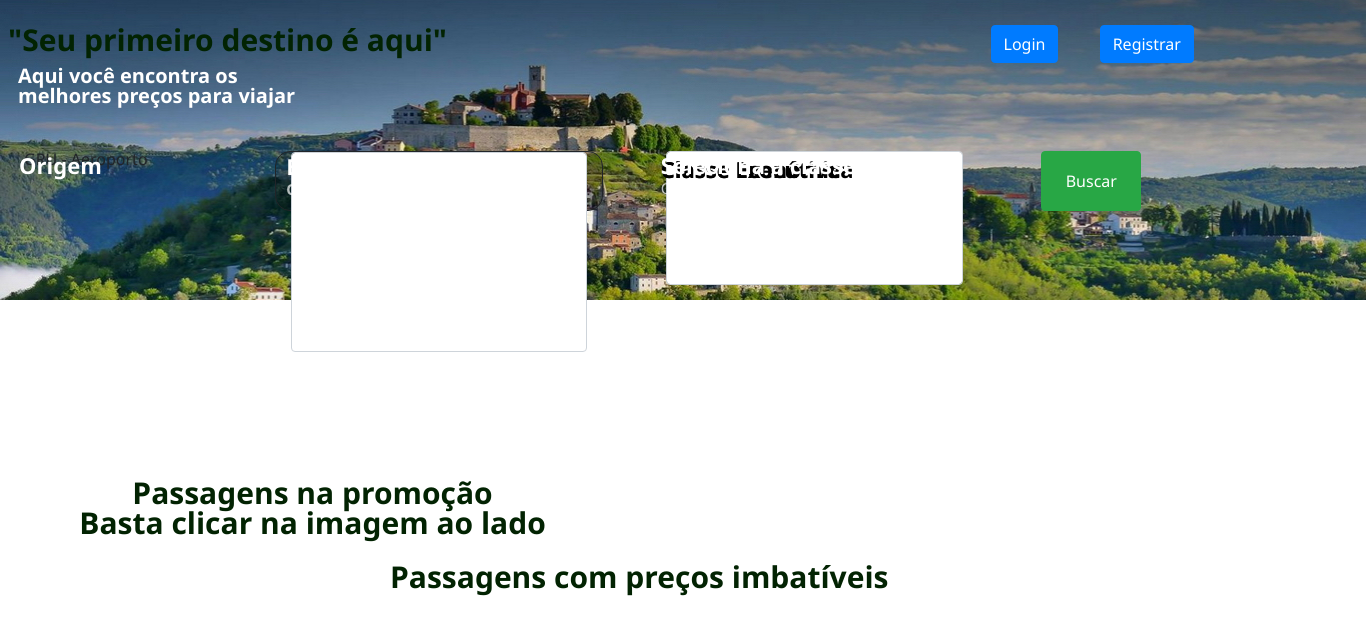
Repository: VictorFlay/Aplicacao-WEB
Page: http://localhost/ProjetoWeb/
An editor plug-in stored every save of this project. The page is shown before and after the next save, followed by the edit.
The browser window is 1280 px wide. The page is 1366 px wide, so the pictures cover 1366 px, including what lies to the right of the window. The pictures show the whole page.
Some web libraries are served in a nearby version. The page is served by Tomcat 9. Other server files are loaded and not shown. Queries for data that is not in the repository find no rows.

Above is the page before, as saved 2021-07-17 00:51:44.

### ProjetoWeb/WebContent/index.jsp
<%@page import="model.Usuario"%>
<%@page import="model.Localizacao"%>
<%@page import="model.Passagem"%>
<%@page import="model.LinhaAerea"%>
<%@page import="model.LinhaAerea"%>

<html lang="pt">
<head>

<!-- CSS -->
<link rel="stylesheet" type="text/css" href="css/design.css">

<!-- JQUEY e AJAX -->
<script src="https://cdnjs.cloudflare.com/ajax/libs/popper.js/1.12.9/umd/popper.min.js"></script>
<script src="https://code.jquery.com/jquery-3.2.1.slim.min.js"></script>
<script src="https://code.jquery.com/jquery-3.3.1.min.js"></script>

<!-- Bootstrap CSS -->
<script src="https://maxcdn.bootstrapcdn.com/bootstrap/4.0.0/js/bootstrap.min.js"></script>
<meta name="viewport" content="width=device-width, initial-scale=1, shrink-to-fit=no">
<link rel="stylesheet" href="https://maxcdn.bootstrapcdn.com/bootstrap/4.0.0/css/bootstrap.min.css">

<title>Agência</title>
<%
	String carousel = new Passagem().CarouselPromocao();
	String carouselcards = new Passagem().CarouselCards();
	String nome = (String) session.getAttribute("nome");
	String localizacao = new Localizacao().localizacoes();
	String nivelusuario = (String) session.getAttribute("nivelusuario");
	int converte = new Usuario().convert(nivelusuario);
%>
</head>
<body>

	<div class="container-fluid px-0">

		<!-- Imagem de fundo -->
		<div class="row">
			<div class="col-12 col-lg-12 center">
				<img src="img/menu.jpg" class="img-responsive"
					alt="Responsive image" id="imagem">
			</div>
		</div>

		<div class="row">
			<div class="col-8 col-lg-9 justify-content-between mt-4 ml-2"
				id="mensagem">"Seu primeiro destino é aqui"</div>

			<!-- Apenas o contéudo que o vistante tem acesso -->
			<%
				if (converte == 0) {
			%>
			<div class="col-1 col-lg-1 mt-4">
				<button type="button" class="btn btn-primary" data-toggle="modal"
					data-target="#login" data-whatever="@mdo">Login</button>
				<div class="modal fade" id="login" tabindex="-1" role="dialog"
					aria-labelledby="exampleModalLabel" aria-hidden="true">
					<div class="modal-dialog" role="document">
						<div class="modal-content">
							<div class="modal-header">
								<h5 class="modal-title" id="exampleModalLabel">Login</h5>
								<button type="button" class="close" data-dismiss="modal"
									aria-label="Close">
									<span aria-hidden="true">&times;</span>
								</button>
							</div>
							<div class="modal-body">
								<form method="POST" id="login-form">
									<div class="form-group">

										<!-- Exibe uma mensagem de erro na hora de logar  -->
										<div class="alert alert-danger center" role="alert"
											id="errologin"></div>
										<label for="login" class="col-form-label">Login:</label> <input
											type="text" class="form-control" id="username"
											name="username">
									</div>

									<div class="form-group">
										<label for="senha" class="col-form-label">Senha:</label> <input
											type="password" class="form-control" id="senha" name="senha">
									</div>

									<div class="modal-footer">
										<button type="button" class="btn btn-secondary"
											data-dismiss="modal">Fechar</button>
										<button type="submit" class="btn btn-primary">Entrar</button>
									</div>
								</form>
							</div>
						</div>
					</div>
				</div>
			</div>

			<!-- Registrar no sistema -->
			<div class="col-1 col-lg-1 mt-4">
				<button type="button" class="btn btn-primary" data-toggle="modal"
					data-target="#registrar" data-whatever="@mdo">Registrar</button>

				<div class="modal fade" id="registrar" tabindex="-1" role="dialog"
					aria-labelledby="exampleModalLabel" aria-hidden="true">
					<div class="modal-dialog" role="document">
						<div class="modal-content">
							<div class="modal-header">
								<h5 class="modal-title" id="exampleModalLabel">Registrar</h5>
								<button type="button" class="close" data-dismiss="modal"
									aria-label="Close">
									<span aria-hidden="true">&times;</span>
								</button>
							</div>
							<div class="modal-body">
								<form method="POST" id="register-form">
									<div class="alert alert-danger center" role="alert" id="erro">
										Nome ou Login já cadastrado!</div>
									<div class="form-group">
										<label for="nome" class="col-form-label">Nome
											Completo:</label> <input type="text" class="form-control" id="nome" name="nome" placeholder="Nome completo">
									</div>

									<div class="form-group">
										<label for="login" class="col-form-label">Login:</label>
										<input type="text" class="form-control" id="cxlogin" name="cxlogin" placeholder="Login">
									</div>

									<div class="form-group">
										<label for="senha" class="col-form-label">Senha:</label> <input
											type="password" class="form-control" id="cxsenha" name="cxsenha" placeholder="Senha">
									</div>

									<div class="form-row">
										<div class="form-group col-md-6">
											<label for="telefone" class="col-form-label">Telefone:</label>
											<input type="text" class="form-control" id="telefone" placeholder="Digite seu telefone..." name="telefone">
										</div>

										<div class="form-group col-md-3 ml-4">
											<label for="estado" class="col-form-label">Estado</label> <select
												id="estado" class="form-control">
												<option value="AC" selected>AC</option>
												<option value="AL">AL</option>
												<option value="AP">AP</option>
												<option value="AM">AM</option>
												<option value="BA">BA</option>
												<option value="CE">CE</option>
												<option value="ES">ES</option>
												<option value="GO">GO</option>
												<option value="MA">MA</option>
												<option value="MT">MT</option>
												<option value="MS">MS</option>
												<option value="MG">MG</option>
												<option value="PA">PA</option>
												<option value="PB">PB</option>
												<option value="PR">PR</option>
												<option value="PE">PE</option>
												<option value="PI">PI</option>
												<option value="RJ">RJ</option>
												<option value="RN">RN</option>
												<option value="RS">RS</option>
												<option value="RO">RO</option>
												<option value="RR">RR</option>
												<option value="SC">SC</option>
												<option value="SP">SP</option>
												<option value="SE">SE</option>
												<option value="TO">TO</option>
												<option value="DF">DF</option>
											</select>
										</div>
									</div>

									<div class="modal-footer">
										<button type="button" class="btn btn-secondary"
											data-dismiss="modal">Fechar</button>
										<button type="submit" class="btn btn-primary">Entrar</button>
									</div>
								</form>
							</div>
						</div>
					</div>
				</div>
			</div>

			<!-- Nível Usuário -->
			<% }else if (converte == 1) { %>

			<!-- Menu do usuário -->
			<div class="col-1 col-lg-1 mt-4 ml-4">
				<div class="dropdown">
					<a class="btn btn-secondary dropdown-toggle" href="#" role="button"
						id="dropdownMenuLink" data-toggle="dropdown" aria-haspopup="true"
						aria-expanded="false"> Perfil </a>
					<div class="dropdown-menu" aria-labelledby="dropdownMenuLink">
						<a class="dropdown-item" href="historico.jsp">Histórico</a>
					</div>

				</div>
			</div>

			<!-- Deslogar -->
			<div class="col-1 col-lg-1 mt-4 ml-4">
				<a href="deslogar.jsp?pag=1">
					<button type="button" class="btn btn-primary">Deslogar</button>
				</a>
			</div>
		</div>

		<!-- Nível ADM -->
		<% } else { %>

		<!-- Menu do administrador -->
		<div class="col-1 col-lg-1 mt-4 ml-2">
			<div class="dropdown">
				<a class="btn btn-secondary dropdown-toggle" href="#" role="button"
					id="dropdownMenuLink" data-toggle="dropdown" aria-haspopup="true"
					aria-expanded="false"> ADM </a>

				<div class="dropdown-menu" aria-labelledby="dropdownMenuLink">
					<a class="dropdown-item" href="adicionarlocalizacao.jsp">Localização</a>
					<a class="dropdown-item" href="adicionarpassagem.jsp">Passagem</a>
					<a class="dropdown-item" href="adicionarlinha.jsp">Companhia Aérea</a>
					<a class="dropdown-item" href="usuariomenu.jsp">Usuário</a>
				</div>
			</div>
		</div>

		<!-- Deslogar do sistema -->
		<div class="col-1 col-lg-1 mt-4 ml-4">
			<a href="deslogar.jsp?pag=1">
				<button type="button" class="btn btn-primary">Deslogar</button>
			</a>
		</div>

	<%}%>

	</div>

	<div class="row">
		<div class="col-12 col-lg-3 ml-2" id="mensagem2">
			Aqui você encontra os melhores preços para viajar
		</div>
	</div>

	<form method="POST" id="buscar-form">
		<div class="row mt-4">
			<div class="col-2 col-lg-2 aeroporto mt-4 ml-4">
				<div class="jss30">
					<p>Origem</p>
				</div>
				<div class="jss35">GRU - Aeroporto</div>
			</div>

			<div class="col-3 col-lg-3 buscarlocalizacao mt-4 ml-5">
				<%
					out.print(localizacao);
				%>
				<div class="jss30">
					<p>Buscar Localização</p>
				</div>
				<div class="jss31">Qual país você deseja viajar ?</div>
			</div>

			<div class="col-3 col-lg-3 classe mt-4 ml-5">
				<select multiple class="form-control buscarclasse">
					<option value="1" class="jss32">Classe Econômica</option>
					<option value="2" class="jss32">Classe Executiva</option>
				</select>

				<div class="jss30">
					<p>Seleciona a classe</p>
				</div>
				<div class="jss33">
					Qual classe você deseja viajar ?
				</div>

			</div>

			<div class="col-1 col-lg-1 mt-4 ml-5">
				<button type="submit" class="btn btn-success buscarlinha">Buscar</button>
			</div>

		</div>
	</form>

	<!-- Mensagem de erro na tela na hora de efetuar uma busca -->
	<div class="row justify-content-center mt-5" id="errobuscalinha">
		<div class="col-3 text-center" id="errobusca"></div>
	</div>


	<div class="row mt-5">
		<div class="col-6 col-lg-6 jss37 mt-5" id="titulo">
			<div class="row justify-content-center mt-5" id="mensagem">
				Passagens na promoção
			</div>

			<div class="row justify-content-center" id="mensagem">Basta
				clicar na imagem ao lado
			</div>
		</div>

		<div class="col-6 col-lg-5 mt-5">
			<%
				out.print(carousel);
			%>
		</div>

	</div>

	<div class="row">
		<div class="col-12 col-lg-12 ">
			<div class="mx-auto msg mt-4" style="width: 500px;">Passagens
				com preços imbatíveis</div>
		</div>
	</div>


	<div class="row mt-4">
		<div class="col-sm-12">
			<% out.print(carouselcards); %>
		</div>
	</div>

	<script type="text/javascript" src="js/script.js"></script>

</body>
</html>

### ProjetoWeb/WebContent/css/design.css
.form-group {
    margin-right: -10px;
}

#barra{
    width: 200px;
    height: 50px;
    border: 1px solid;
    border-radius: 15px;
    position: absolute;
    z-index: 0;
    background-color: white;
    opacity: 0.19;
    font-weight: bold;
    top: 0px;
}

#errologin{
	display:none;
}

.buscarloca{
	width: 300px;
    height: 200px;
    border: 1px solid;
    border-radius: 15px;
    z-index: 0;
    background-color: white;
    font-weight: bold;
    top: 0px;
    visibility: visible;
}



#erro{
	display:none;
	}


#origem{
    width: 200px;
    height: 50px;
    border: 1px solid;
    border-radius: 15px;
    z-index: 0;
    background-color: white;
    background: rgba(0, 0, 0, 0.19);
    font-weight: bold;
    top: 0px;

}

.buscarlocalizacao{
    width: 300px;
    height: 60px;
    border: 1px solid;
    border-radius: 15px;
    z-index: 0;
    background-color: white;
    background: rgba(0, 0, 0, 0.19);
    font-weight: bold;
    top: 0px;


}

#classe{
    width: 300px;
    height: 60px;
    border: 1px solid;
    border-radius: 15px;
    z-index: 0;
    background-color: white;
    background: rgba(0, 0, 0, 0.19);
    font-weight: bold;
    top: 0px;

}

.buscarlinha{
	width: 100px;
    height: 60px;
    border: 1px solid;
    border-radius: 15px;
    z-index: 0;
    background-color: white;
    background: rgba(0, 0, 0, 0.19);
    font-weight: bold;
    top: 0px;
}


#destino{
    width: 200px;
    height: 50px;
    border: 1px solid;
    border-radius: 15px;
    z-index: 0;
    background-color: white;
    background: rgba(0, 0, 0, 0.19);
    font-weight: bold;
    top: 0px;

}

#calendario{
    width: 200px;
    height: 50px;
    border: 1px solid;
    border-radius: 15px;
    z-index: 0;
    background-color: white;
    background: rgba(0, 0, 0, 0.19);
    font-weight: bold;
    top: 0px;

}

#iconecalendario{
    top: 12px;
    position: absolute;
}

#passageiro{
    width: 250px;
    height: 50px;
    border: 1px solid;
    border-radius: 15px;
    z-index: 0;
    background-color: white;
    background: rgba(0, 0, 0, 0.19);
    font-weight: bold;
    top: 0px;
}

#mensagem{
    color: rgb(2, 35, 2);
    z-index: 3;
    font-weight: bold;
    font-size: 30px;
    white-space: nowrap;
}

#mensagem2{
    color: white;

    z-index: 3;
    font-weight: bold;
    font-size: 20px;
    left: 10px;
    top: 3px;
    display: block;
    opacity: 1;
}

#radios{
    color: white;
    font-size: 17px;
    font-weight: bold;
    white-space: nowrap;
}

#radio1{
    width: 20px;
    height: 20px;
    color: green;
}


#corpo{
    position: absolute;
    top: 325px;
}

#corpo2{
	position: relative;
	top: 580px;

}


#barrapassageiro2{
    width: 300px;
    height: 350px;
    left: 695px;
    border: 1px solid;
    border-radius: 15px;
    position: absolute;
    z-index: 0;
    background-color: white;
    top: 0px;
    font-weight: bold;
}

.quartabarra{
    cursor: pointer;
}



.barrapassageiroescondido{
    z-index: 3;
    user-select:none;
    top: 0px;
}

#perfil{

    top: 3px;
    position: absolute;
}

#txt{
    position: absolute;
    z-index: 1;
}


#aviao{
    left: 190px;
    top:5px;
    position: absolute;
    z-index: 1;
}



.origem{
    width: 500px;
    height: 50px;
    border: 1px solid;
    border-radius: 10px;
    position: absolute;
    z-index: 3;
    background-color: white;
    visibility: hidden;
    top: 0px;
}

.buscar{
    width: 120px;
    height: 50px;
    left: 975px;

    border-color: grey;
    border-radius: 10px;
    position: absolute;
    z-index: 3;
    background-color: #30503A;
    top: 0px;
}

.buscarvoo{
    color: white;
    position: absolute;

    z-index: 1;
    font-weight: bold;
    font-size: 15px;
    left: 20px;
    top: 16px;
}

* {
    margin: 0;
    padding: 0;
    border: 0;
    outline: none;
    list-style: none;
    text-decoration: none;
    font-family: segoe ui, helvetica neue, helvetica, arial, sans-serif;
    line-height: 1;
  }

  body {
    font-size: 16px;
  }




.jss1{
    color: white;
    position: absolute;
    z-index: 3;
    font-weight: bold;
    font-size: 20px;
    left: 10px;
    top: 3px;
    display: block;
    opacity: 1;
}

.jss2{
    color: white;
    position: absolute;
    z-index: 1000;
    font-size: 13px;
    left: 10px;
    top: 30px;
    opacity: 0.70;
    white-space: nowrap;
}

.jss3{
    color: white;
    position: absolute;
    z-index: 1;
    font-weight: bold;
    font-size: 20px;
    top: 3px;
}

.jss4{
    color: white;
    position: absolute;
    z-index: 1;
    font-size: 13px;
    top: 30px;
    opacity: 0.70;
}

.jss5{
    color: white;
    position: absolute;
    z-index: 1;
    font-size: 13px;
    left: 60px;
    top: 18px;
    opacity: 0.70;
}

.jss6{
    color: white;
    position: absolute;
    z-index: 1;
    font-size: 13px;
    left: 60px;
    top: 18px;
    opacity: 0.70;
}

.jss7{
    color: black;
    position: absolute;
    z-index: 1;
    font-size: 13px;
    left: 740px;
    top: 18px;

}

hr.jss8{
    border-top: 1px solid grey;
    position: absolute;
    z-index: 1;
    width: 240px;
    top: 31px;
    left: 725px;
}

hr.jss14{
    border-top: 1px solid grey;
    position: absolute;
    z-index: 1;
    width: 240px;
    top: 180px;
    left: 725px;
}

.jss9{
    color: black;
    position: absolute;
    z-index: 1;
    font-size: 11px;
    left: 710px;
    top: 60px;
    font-weight: bold;
}

.jss10{
    color: black;
    position: absolute;
    z-index: 1;
    font-size: 20px;
    left: 710px;
    top: 80px;
    font-weight: bold;
}

.jss11{
    color: black;
    position: absolute;
    z-index: 1;
    font-size: 15px;
    left: 710px;
    top: 105px;

}

.jss12{
    color: black;
    position: absolute;
    z-index: 1;
    font-size: 20px;
    left: 710px;
    top: 140px;
    font-weight: bold;
}

.jss13{
    color: black;
    position: absolute;
    z-index: 1;
    font-size: 15px;
    left: 710px;
    top: 165px;
}

.jss15{
    color: black;
    position: absolute;
    z-index: 1;
    font-size: 11px;
    left: 710px;
    top: 210px;
    font-weight: bold;
}

.jss16{
    width: 125px;
    height: 50px;
    background-color: cornflowerblue;
    position: absolute;
    left: 710px;
    top: 235px;
    border-radius: 10px;
    color: black;
    border: 1px solid;
    border-color: grey;
    -webkit-box-sizing: border-box;
    -moz-box-sizing: border-box;
    box-sizing: border-box;
    -webkit-appearance: none;
    -moz-appearance: none;
    appearance: none;
    cursor: pointer;
}



.jss17{
    width: 125px;
    height: 50px;
    position: absolute;
    left: 855px;
    top: 235px;
    border-radius: 10px;
    color: black;
    border: 1px solid;
    border-color: grey;
    -webkit-box-sizing: border-box;
    -moz-box-sizing: border-box;
    box-sizing: border-box;
    -webkit-appearance: none;
    -moz-appearance: none;
    appearance: none;
    cursor: pointer;

}

.jss18{
    color: black;
    position: absolute;
    z-index: 2;
    font-size: 12px;
    left: 722px;
    top: 253px;
    font-weight: bold;
    cursor: pointer;
    user-select:none;
}

.jss19{
    color: black;
    position: absolute;
    z-index: 2;
    font-size: 12px;
    left: 872px;
    top: 253px;
    font-weight: bold;
    cursor: pointer;
    user-select:none;
}

.jss20{
    color: grey;
    position: absolute;
    z-index: 2;
    font-size: 15px;
    left: 810px;
    top: 300px;
    font-weight: bold;

}

.jss21{
    left: 880px;
    top: 85px;
    font-weight: bold;
    position: absolute;

}

.jss22{
    left: 941px;
    top: 85px;
    font-weight: bold;
    position: absolute;
    cursor: pointer;
}

.jss23{
    left: 919px;
    top: 86px;
    position: absolute;
    font-size: 25px;
    font-weight: bold;
    font-family: arial;
    color:black;
    width: 15px;
    user-select:none;
}

.jss25{
    left: 880px;
    top: 145px;
    font-weight: bold;
    position: absolute;
}

.jss26{
    left: 941px;
    top: 145px;
    font-weight: bold;
    position: absolute;
}



.jss28{
    left: 919px;
    top: 146px;
    position: absolute;
    font-size: 25px;
    font-weight: bold;
    font-family: arial;
    color:black;
    width: 15px;
    user-select:none;
}

.jss29{
    color: white;
    font-size: 17px;
    font-weight: bold;
    white-space: nowrap;
}


.jss30{
    color: white;
    position: absolute;
    z-index: 3;
    font-weight: bold;
    font-size: 22px;
    left: 10px;
    top: 3px;
    display: block;
    opacity: 1;
    white-space: nowrap;
}

.jss31{
    color: white;
    position: absolute;
    z-index: 1000;
    font-size: 15px;
    left: 10px;
    top: 30px;
    opacity: 0.70;
    white-space: nowrap;
}

.jss32{
	color: black;
    position: absolute;
    z-index: 3;
    font-weight: bold;
    font-size: 22px;
    left: 10px;
    top: 3px;
    display: block;
    opacity: 1;
    white-space: nowrap;
}

.jss33{
    color: white;
    position: absolute;
    z-index: 1000;
    font-size: 15px;
    left: 10px;
    top: 30px;
    opacity: 0.70;
    white-space: nowrap;
}

#aumentardiminuir{
    top: 600px;

    width: 10px;
    height: 10px;
    position: absolute;
    left: 100px;
}

#testar{
	position: absolute;
}

.corpo{
	width: 1366px;
	height: 900px;
	border: 1px solid;
	position: relative;
	top: 300px;
}


.container{
    margin: 0 auto;
}

#logo{
    width: 100%;
}






.msg{
    color: rgb(2, 35, 2);
    z-index: 3;
    font-weight: bold;
    font-size: 30px;
}


#imagem{
    position: absolute;
    width: 1366px;
}

#aviaofundo{
	position: absolute;
	height: 350px;
	widht: 100%;
}

#aviaopequeno{
	width: 50px;
	height: 50px;
}

.card-img-top {
    width: 100%;
    height: 15vw;
    object-fit: cover;
}

@media only screen and (max-width: 1366px) and (min-width: 769px){
	.dr{
	left: 140px;
	}
}

@media only screen and (max-width: 991px) and (min-width: 540px){
	.dr{
	left: 90px;
	}

	#aviaofundo{
		position: absolute;
		height: 350px;
		width: 100%;
	}
}

#card{
	border-radius: 13px;
	border-color: grey;
	widht: 18rem;
}

Loaded but not shown: ProjetoWeb/WebContent/js/script.js (268 lines, source omitted); ProjetoWeb/src/model/Passagem.java (306 lines, source omitted); ProjetoWeb/src/model/Localizacao.java (212 lines, source omitted); ProjetoWeb/src/model/Usuario.java (259 lines, source omitted); ProjetoWeb/src/database/DBConnection.java (110 lines, source omitted)

After the next save:
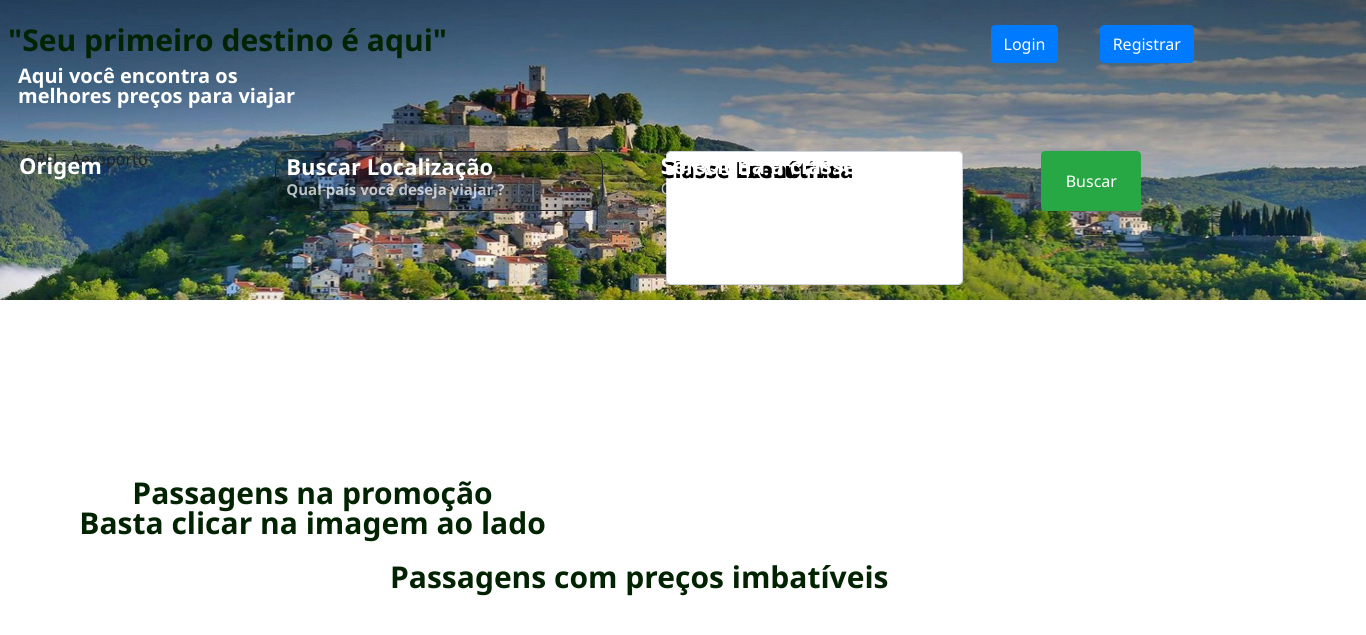
Saved 42 min 15 s later.
--- a/ProjetoWeb/WebContent/css/design.css
+++ b/ProjetoWeb/WebContent/css/design.css
@@ -28,7 +28,7 @@
     background-color: white;
     font-weight: bold;
     top: 0px;
-    visibility: visible;
+    visibility: hidden;
 }
 
 

After the save that followed:
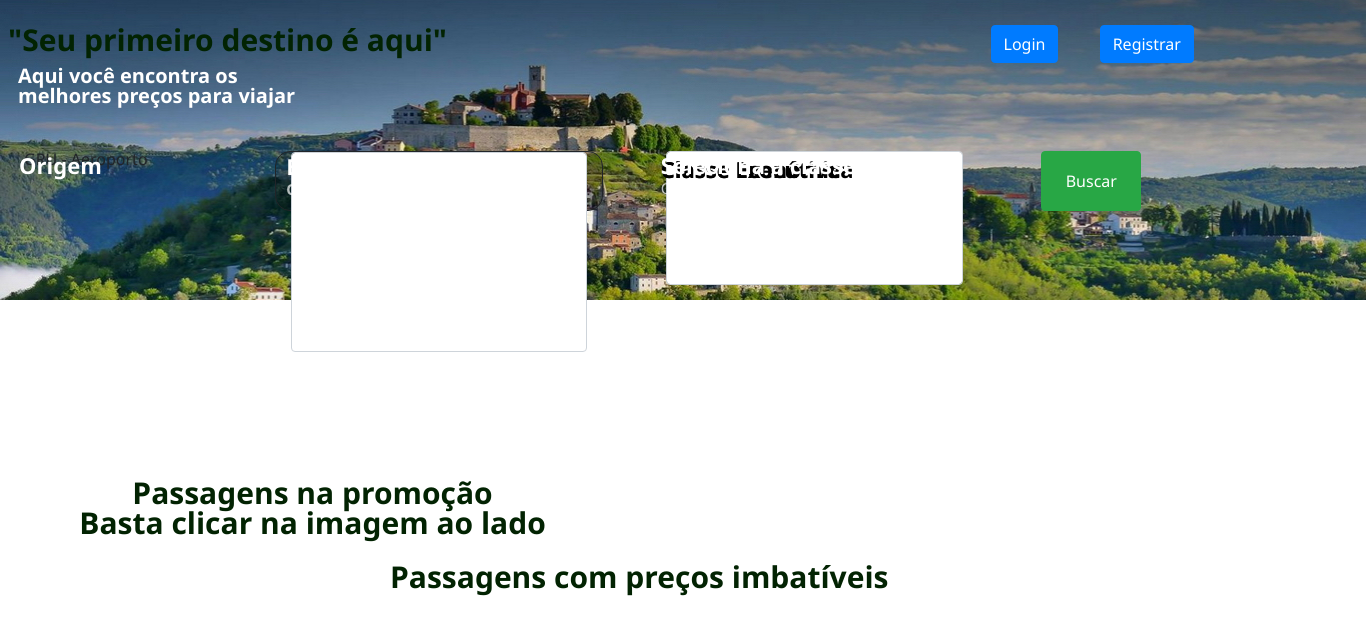
Saved 60 s later.
--- a/ProjetoWeb/WebContent/css/design.css
+++ b/ProjetoWeb/WebContent/css/design.css
@@ -28,7 +28,7 @@
     background-color: white;
     font-weight: bold;
     top: 0px;
-    visibility: hidden;
+    display: none;
 }
 
 
